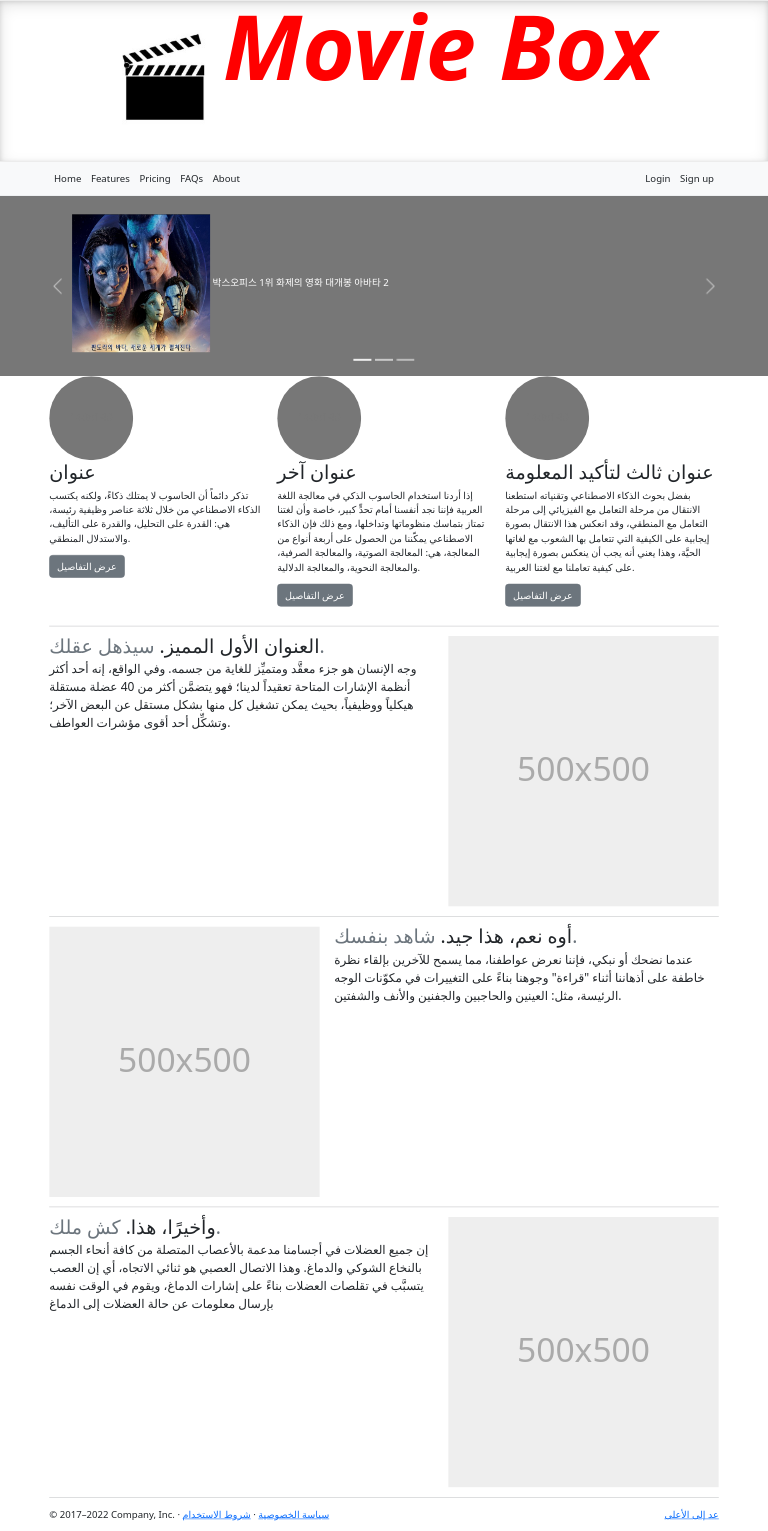
Repository: SpearManCN/MovieBox-2nd-Project-
Page: http://localhost/prj_01/WEB-INF/views/mainForm.jsp
These files come from the project's save history. The page is drawn as it stood at one moment and after the next save; the edit follows.
The browser window is 1280 px wide. The pictures show the whole page, at 60% of full size.
The page is served by Tomcat 9. Nobody is signed in. Other server files are loaded and not shown. The template is opened directly, without the code that normally fills it, so the values that code supplies are empty.

Above is the page before, as saved 2022-12-12 13:09:20.

### Second project/prj_01/src/main/webapp/WEB-INF/views/mainForm.jsp
<%@ page language="java" contentType="text/html; charset=UTF-8"
    pageEncoding="UTF-8"%>
<!DOCTYPE html>
<html>
<head>
<meta name="viewport" content="width=device-width, initial-scale=1">
<meta charset="UTF-8">
<title>Insert title here</title>
<link href="https://cdn.jsdelivr.net/npm/bootstrap@5.2.3/dist/css/bootstrap.min.css" rel="stylesheet" integrity="sha384-rbsA2VBKQhggwzxH7pPCaAqO46MgnOM80zW1RWuH61DGLwZJEdK2Kadq2F9CUG65" crossorigin="anonymous">
 <style>

      .b-example-divider {
        height: 3rem;
        background-color: rgba(0, 0, 0, .1);
        border: solid rgba(0, 0, 0, .15);
        border-width: 1px 0;
        box-shadow: inset 0 .5em 1.5em rgba(0, 0, 0, .1), inset 0 .125em .5em rgba(0, 0, 0, .15);
      }
 .bd-placeholder-img {
        font-size: 1.125rem;
        text-anchor: middle;
        -webkit-user-select: none;
        -moz-user-select: none;
        user-select: none;
      }

      @media (min-width: 768px) {
        .bd-placeholder-img-lg {
          font-size: 3.5rem;
        }
      }
     .b-example-vr {
        flex-shrink: 0;
        width: 1.5rem;
        height: 100vh;
      }

      .bi {
        vertical-align: -.125em;
        fill: currentColor;
      }

      .nav-scroller {
        position: relative;
        z-index: 2;
        height: 2.75rem;
        overflow-y: hidden;
      }

      .nav-scroller .nav {
        display: flex;
        flex-wrap: nowrap;
        padding-bottom: 1rem;
        margin-top: -1px;
        overflow-x: auto;
        text-align: center;
        white-space: nowrap;
        -webkit-overflow-scrolling: touch;
      }
    </style>

</head>
<body>
<div style="height:270px; background-color: white;" class="b-example-divider" align="center" >
 <span ><img src="resources/img/movieBox.jpg" width="180" height="180"></span>
<Span align="center" style="font-size: 150px;  line-height: 150px;color:red; font-weight: bold ; font-style: italic;" >Movie Box</Span></div>

  <nav class="py-2 bg-light border-bottom">
    <div class="container d-flex flex-wrap">
      <ul class="nav me-auto">
        <li class="nav-item"><a href="#" class="nav-link link-dark px-2 active" aria-current="page">Home</a></li>
        <li class="nav-item"><a href="#" class="nav-link link-dark px-2">Features</a></li>
        <li class="nav-item"><a href="#" class="nav-link link-dark px-2">Pricing</a></li>
        <li class="nav-item"><a href="#" class="nav-link link-dark px-2">FAQs</a></li>
        <li class="nav-item"><a href="#" class="nav-link link-dark px-2">About</a></li>
      </ul>
      <ul class="nav">
        <li class="nav-item"><a href="#" class="nav-link link-dark px-2">Login</a></li>
        <li class="nav-item"><a href="#" class="nav-link link-dark px-2">Sign up</a></li>
      </ul>
    </div>
  </nav>


   <div id="myCarousel" class="carousel slide" data-bs-ride="carousel" >
    <div class="carousel-indicators" >
      <button type="button" data-bs-target="#myCarousel" data-bs-slide-to="0" class="active" aria-current="true" aria-label="Slide 1"></button>
      <button type="button" data-bs-target="#myCarousel" data-bs-slide-to="1" aria-label="Slide 2"></button>
      <button type="button" data-bs-target="#myCarousel" data-bs-slide-to="2" aria-label="Slide 3"></button>
    </div>
    <div class="carousel-inner">


      <div class="carousel-item active" style="height:300px; " >
        <svg class="bd-placeholder-img" width="100%" height="100%" xmlns="http://www.w3.org/2000/svg" aria-hidden="true"  preserveAspectRatio="xMidYMid slice" focusable="false"><rect width="100%" height="100%" fill="#777"/></svg>

        <div class="container" >

          <div class="carousel-caption text-start" >
          <img src="resources/img/mainMovie0.jpg" width="230" height="230">
			<span>박스오피스 1위</span>
			<span>화제의 영화 대개봉</span>
			<span>아바타 2</span><br>

          </div>
        </div>
      </div>





      <div class="carousel-item" style="height:300px">
        <svg class="bd-placeholder-img" width="100%" height="100%" xmlns="http://www.w3.org/2000/svg" aria-hidden="true" preserveAspectRatio="xMidYMid slice" focusable="false"><rect width="100%" height="100%" fill="#777"/></svg>

        <div class="container">
          <div class="carousel-caption">
            <h1>عنوان مثال آخر.</h1>
            <p>حسب المجلس الثقافي البريطاني فإن تعليم الإنجليزية داخل بريطانيا يسهم في تعزيز اقتصادها بما يتجاوز ملياري جنيه سنوياً، كما أنه وفر أكثر من 26 ألف وظيفة.</p>
            <p><a class="btn btn-lg btn-primary" href="#">أعرف أكثر</a></p>
          </div>
        </div>
      </div>
      <div class="carousel-item" style="height:300px">
        <svg class="bd-placeholder-img" width="100%" height="100%" xmlns="http://www.w3.org/2000/svg" aria-hidden="true" preserveAspectRatio="xMidYMid slice" focusable="false"><rect width="100%" height="100%" fill="#777"/></svg>

        <div class="container">
          <div class="carousel-caption text-end">
            <h1>واحد أكثر لقياس جيد.</h1>
            <p>الإحصاءات لحجم الاستثمار اللغوي خارج بريطانيا تتفاوت من سنة لأخرى إلا أن المدير التنفيذي للمجلس الثقافي البريطاني إدي بايرز يرى أن استثمار تعليم الإنجليزية في الخارج لا يحسب على المستوى المالي فحسب بل على المستوى السياسي أيضاً.</p>
            <p><a class="btn btn-lg btn-primary" href="#">تصفح المعرض</a></p>
          </div>
        </div>
      </div>
    </div>
    <button class="carousel-control-prev" type="button" data-bs-target="#myCarousel" data-bs-slide="prev">
      <span class="carousel-control-prev-icon" aria-hidden="true"></span>
      <span class="visually-hidden">السابق</span>
    </button>
    <button class="carousel-control-next" type="button" data-bs-target="#myCarousel" data-bs-slide="next">
      <span class="carousel-control-next-icon" aria-hidden="true"></span>
      <span class="visually-hidden">التالي</span>
    </button>
  </div>

  <!-- Marketing messaging and featurettes
  ================================================== -->
  <!-- Wrap the rest of the page in another container to center all the content. -->

  <div class="container marketing">

    <!-- Three columns of text below the carousel -->
    <div class="row">
      <div class="col-lg-4">
        <svg class="bd-placeholder-img rounded-circle" width="140" height="140" xmlns="http://www.w3.org/2000/svg" role="img" aria-label="Placeholder: 140x140" preserveAspectRatio="xMidYMid slice" focusable="false"><title>Placeholder</title><rect width="100%" height="100%" fill="#777"/><text x="50%" y="50%" fill="#777" dy=".3em">140x140</text></svg>

        <h2 class="fw-normal">عنوان</h2>
        <p>تذكر دائماً أن الحاسوب لا يمتلك ذكاءً، ولكنه يكتسب الذكاء الاصطناعي من خلال ثلاثة عناصر وظيفية رئيسة، هي: القدرة على التحليل، والقدرة على التأليف، والاستدلال المنطقي.</p>
        <p><a class="btn btn-secondary" href="#">عرض التفاصيل</a></p>
      </div><!-- /.col-lg-4 -->
      <div class="col-lg-4">
        <svg class="bd-placeholder-img rounded-circle" width="140" height="140" xmlns="http://www.w3.org/2000/svg" role="img" aria-label="Placeholder: 140x140" preserveAspectRatio="xMidYMid slice" focusable="false"><title>Placeholder</title><rect width="100%" height="100%" fill="#777"/><text x="50%" y="50%" fill="#777" dy=".3em">140x140</text></svg>

        <h2 class="fw-normal">عنوان آخر</h2>
        <p>إذا أردنا استخدام الحاسوب الذكي في معالجة اللغة العربية فإننا نجد أنفسنا أمام تحدٍّ كبير، خاصة وأن لغتنا تمتاز بتماسك منظوماتها وتداخلها، ومع ذلك فإن الذكاء الاصطناعي يمكّننا من الحصول على أربعة أنواع من المعالجة، هي: المعالجة الصوتية، والمعالجة الصرفية، والمعالجة النحوية، والمعالجة الدلالية.</p>
        <p><a class="btn btn-secondary" href="#">عرض التفاصيل</a></p>
      </div><!-- /.col-lg-4 -->
      <div class="col-lg-4">
        <svg class="bd-placeholder-img rounded-circle" width="140" height="140" xmlns="http://www.w3.org/2000/svg" role="img" aria-label="Placeholder: 140x140" preserveAspectRatio="xMidYMid slice" focusable="false"><title>Placeholder</title><rect width="100%" height="100%" fill="#777"/><text x="50%" y="50%" fill="#777" dy=".3em">140x140</text></svg>

        <h2 class="fw-normal">عنوان ثالث لتأكيد المعلومة</h2>
        <p>بفضل بحوث الذكاء الاصطناعي وتقنياته استطعنا الانتقال من مرحلة التعامل مع الفيزيائي إلى مرحلة التعامل مع المنطقي، وقد انعكس هذا الانتقال بصورة إيجابية على الكيفية التي تتعامل بها الشعوب مع لغاتها الحيَّة، وهذا يعني أنه يجب أن ينعكس بصورة إيجابية على كيفية تعاملنا مع لغتنا العربية.</p>
        <p><a class="btn btn-secondary" href="#">عرض التفاصيل</a></p>
      </div><!-- /.col-lg-4 -->
    </div><!-- /.row -->


    <!-- START THE FEATURETTES -->

    <hr class="featurette-divider">

    <div class="row featurette">
      <div class="col-md-7">
        <h2 class="featurette-heading fw-normal lh-1">العنوان الأول المميز. <span class="text-muted"> سيذهل عقلك. </span></h2>
        <p class="lead">وجه الإنسان هو جزء معقَّد ومتميِّز للغاية من جسمه. وفي الواقع، إنه أحد أكثر أنظمة الإشارات المتاحة تعقيداً لدينا؛ فهو يتضمَّن أكثر من 40 عضلة مستقلة هيكلياً ووظيفياً، بحيث يمكن تشغيل كل منها بشكل مستقل عن البعض الآخر؛ وتشكِّل أحد أقوى مؤشرات العواطف.</p>
      </div>
      <div class="col-md-5">
        <svg class="bd-placeholder-img bd-placeholder-img-lg featurette-image img-fluid mx-auto" width="500" height="500" xmlns="http://www.w3.org/2000/svg" role="img" aria-label="Placeholder: 500x500" preserveAspectRatio="xMidYMid slice" focusable="false"><title>Placeholder</title><rect width="100%" height="100%" fill="#eee"/><text x="50%" y="50%" fill="#aaa" dy=".3em">500x500</text></svg>

      </div>
    </div>

    <hr class="featurette-divider">

    <div class="row featurette">
      <div class="col-md-7 order-md-2">
        <h2 class="featurette-heading fw-normal lh-1">أوه نعم، هذا جيد. <span class="text-muted"> شاهد بنفسك. </span></h2>
        <p class="lead">عندما نضحك أو نبكي، فإننا نعرض عواطفنا، مما يسمح للآخرين بإلقاء نظرة خاطفة على أذهاننا أثناء "قراءة" وجوهنا بناءً على التغييرات في مكوّنات الوجه الرئيسة، مثل: العينين والحاجبين والجفنين والأنف والشفتين.</p>
      </div>
      <div class="col-md-5 order-md-1">
        <svg class="bd-placeholder-img bd-placeholder-img-lg featurette-image img-fluid mx-auto" width="500" height="500" xmlns="http://www.w3.org/2000/svg" role="img" aria-label="Placeholder: 500x500" preserveAspectRatio="xMidYMid slice" focusable="false"><title>Placeholder</title><rect width="100%" height="100%" fill="#eee"/><text x="50%" y="50%" fill="#aaa" dy=".3em">500x500</text></svg>

      </div>
    </div>

    <hr class="featurette-divider">

    <div class="row featurette">
      <div class="col-md-7">
        <h2 class="featurette-heading fw-normal lh-1">وأخيرًا، هذا. <span class="text-muted"> كش ملك. </span></h2>
        <p class="lead">إن جميع العضلات في أجسامنا مدعمة بالأعصاب المتصلة من كافة أنحاء الجسم بالنخاع الشوكي والدماغ. وهذا الاتصال العصبي هو ثنائي الاتجاه، أي إن العصب يتسبَّب في تقلصات العضلات بناءً على إشارات الدماغ، ويقوم في الوقت نفسه بإرسال معلومات عن حالة العضلات إلى الدماغ</p>
      </div>
      <div class="col-md-5">
        <svg class="bd-placeholder-img bd-placeholder-img-lg featurette-image img-fluid mx-auto" width="500" height="500" xmlns="http://www.w3.org/2000/svg" role="img" aria-label="Placeholder: 500x500" preserveAspectRatio="xMidYMid slice" focusable="false"><title>Placeholder</title><rect width="100%" height="100%" fill="#eee"/><text x="50%" y="50%" fill="#aaa" dy=".3em">500x500</text></svg>

      </div>
    </div>

    <hr class="featurette-divider">

    <!-- /END THE FEATURETTES -->

  </div><!-- /.container -->


  <!-- FOOTER -->
  <footer class="container">
    <p class="float-end"><a href="#">عد إلى الأعلى</a></p>
    <p>&copy; 2017–2022 Company, Inc. &middot; <a href="#">سياسة الخصوصية</a> &middot; <a href="#">شروط الاستخدام</a></p>
  </footer>
</main>





<script src="https://cdn.jsdelivr.net/npm/bootstrap@5.2.3/dist/js/bootstrap.bundle.min.js" integrity="sha384-kenU1KFdBIe4zVF0s0G1M5b4hcpxyD9F7jL+jjXkk+Q2h455rYXK/7HAuoJl+0I4" crossorigin="anonymous"></script>
</body>
</html>

After the next save:
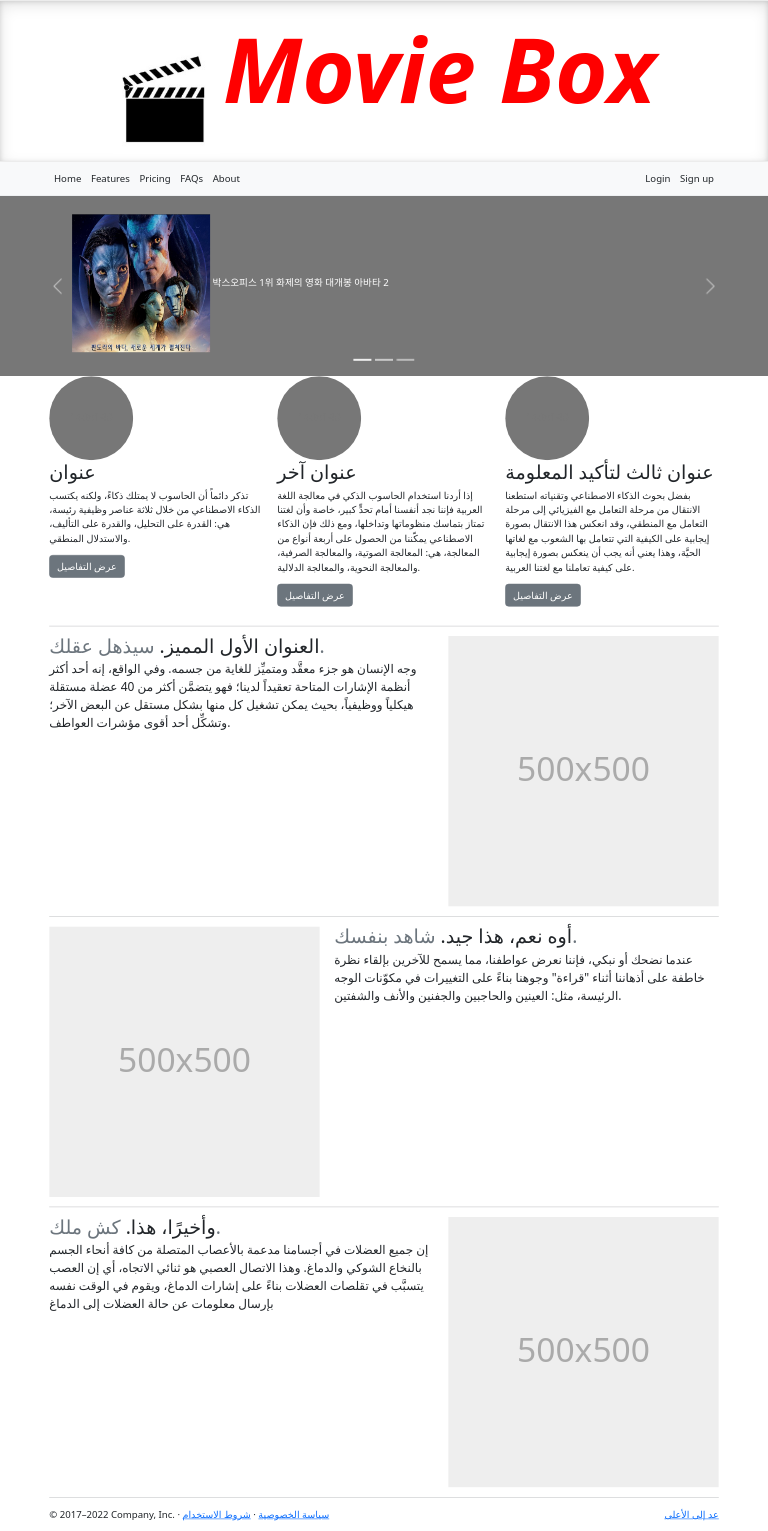
Saved 5 s later.
--- a/Second project/prj_01/src/main/webapp/WEB-INF/views/mainForm.jsp
+++ b/Second project/prj_01/src/main/webapp/WEB-INF/views/mainForm.jsp
@@ -63,7 +63,7 @@
 <body>
 <div style="height:270px; background-color: white;" class="b-example-divider" align="center" >
  <span ><img src="resources/img/movieBox.jpg" width="180" height="180"></span>
-<Span align="center" style="font-size: 150px;  line-height: 150px;color:red; font-weight: bold ; font-style: italic;" >Movie Box</Span></div>
+<Span align="center" style="font-size: 150px; color:red; font-weight: bold ; font-style: italic;" >Movie Box</Span></div>
 
   <nav class="py-2 bg-light border-bottom">
     <div class="container d-flex flex-wrap">
